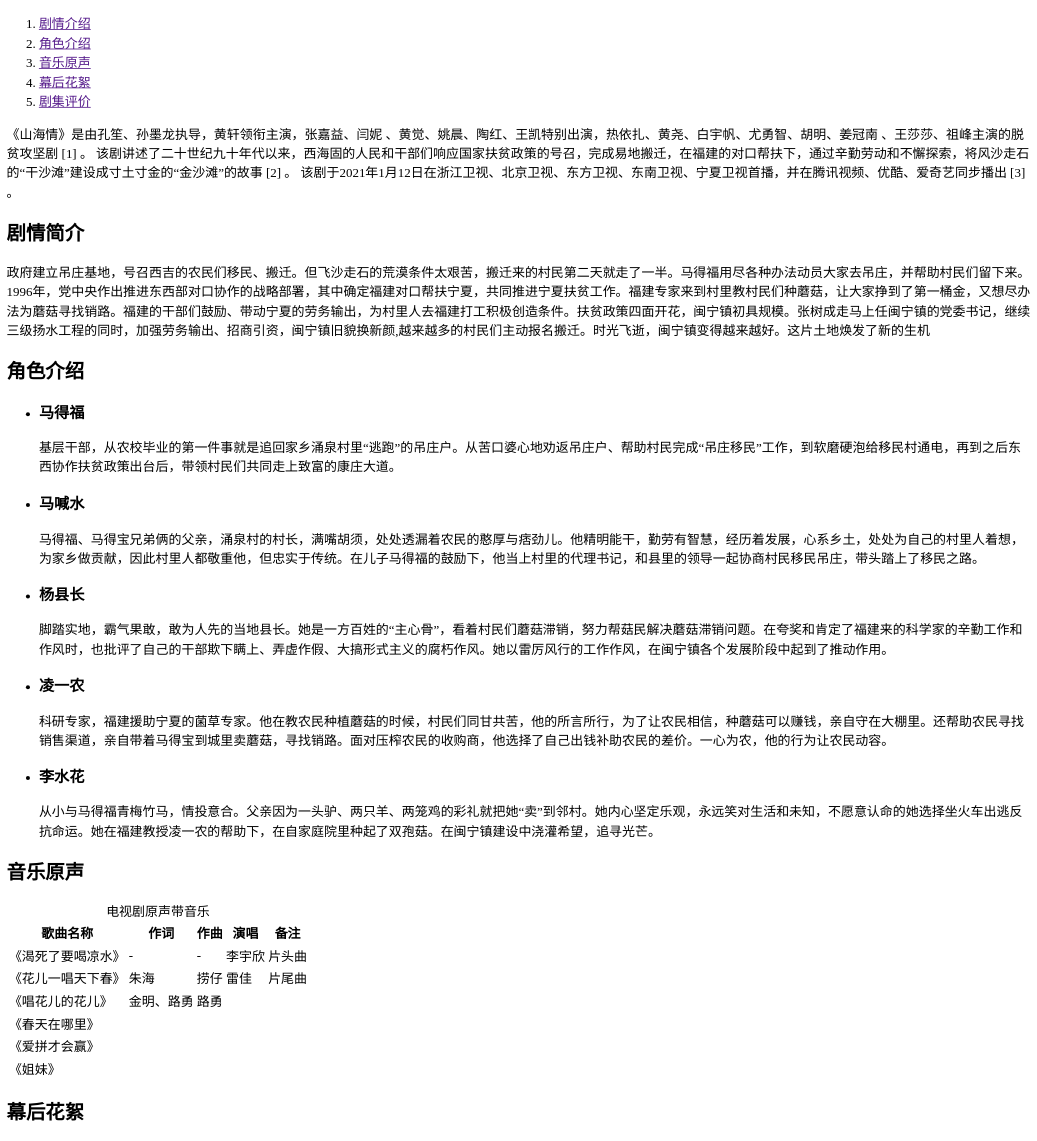
Repository: Lixianlai-2/static-website
Page: index.html
The author's editor kept a copy of each file at every save. The page is drawn from the files as they stood at one save, then again after the next save.
The browser window is 1280 px wide. The pictures show the whole page, at 81% of full size.

Above is the page before, as saved 2021-11-29 23:47:03.

After the next save:
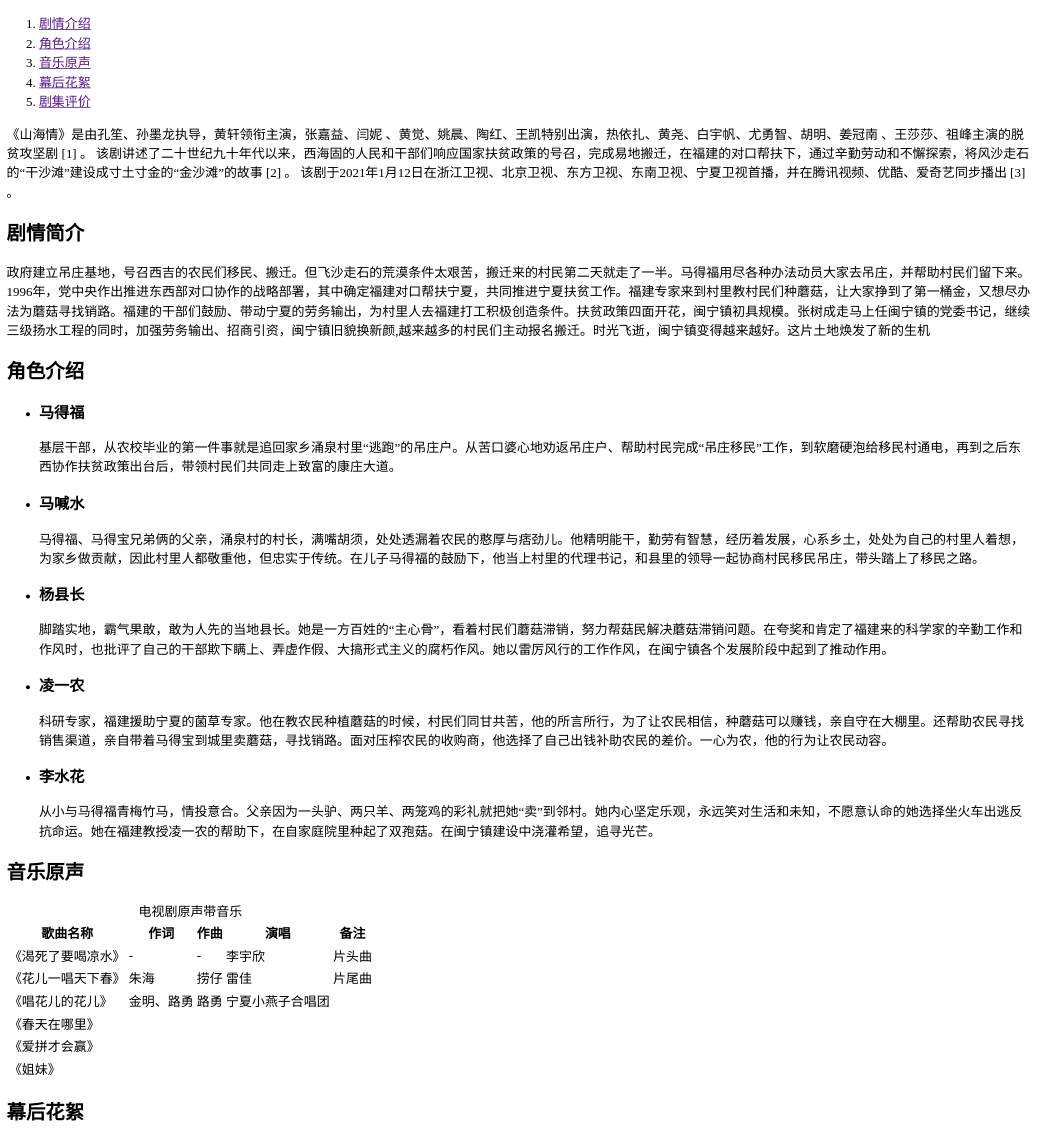
Saved 4 s later.
--- a/index.html
+++ b/index.html
@@ -109,7 +109,7 @@
           <td>《唱花儿的花儿》</td>
           <td>金明、路勇</td>
           <td>路勇</td>
-          <td></td>
+          <td>宁夏小燕子合唱团</td>
           <td></td>
         </tr>
         <tr>
